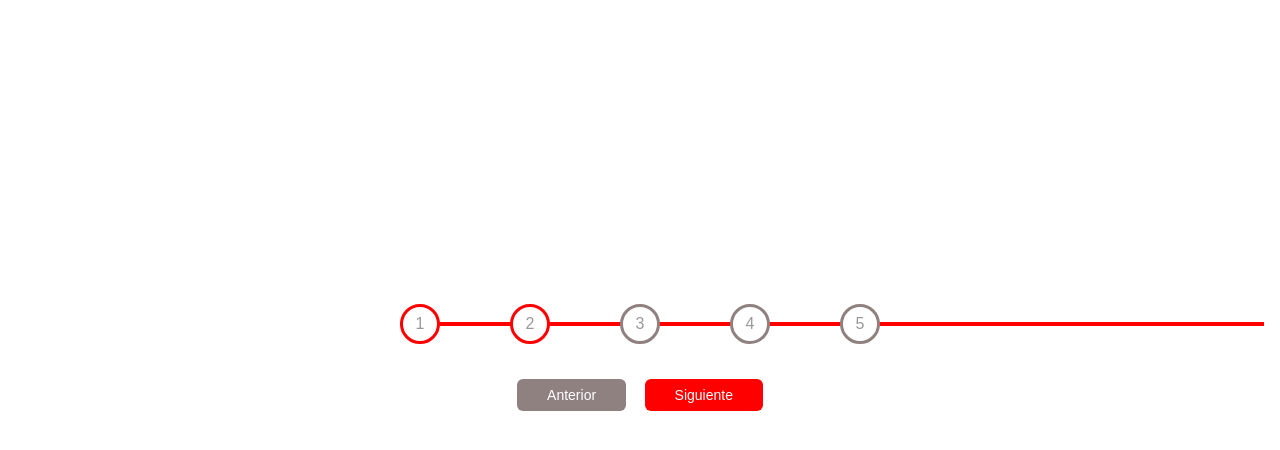
Repository: ElideZavala/Linea-de-tiempo
Page: index.html
These files come from the project's save history. The page is drawn as it stood at one moment and after the next save; the edit follows.
The browser window is 1280 px wide. The pictures show the whole page.
After loading, the first visible `#next` was clicked once.
Some web fonts or font styles are not loaded; a fallback is used.

Above is the page before, as saved 2021-05-28 09:06:16.

After the next save:
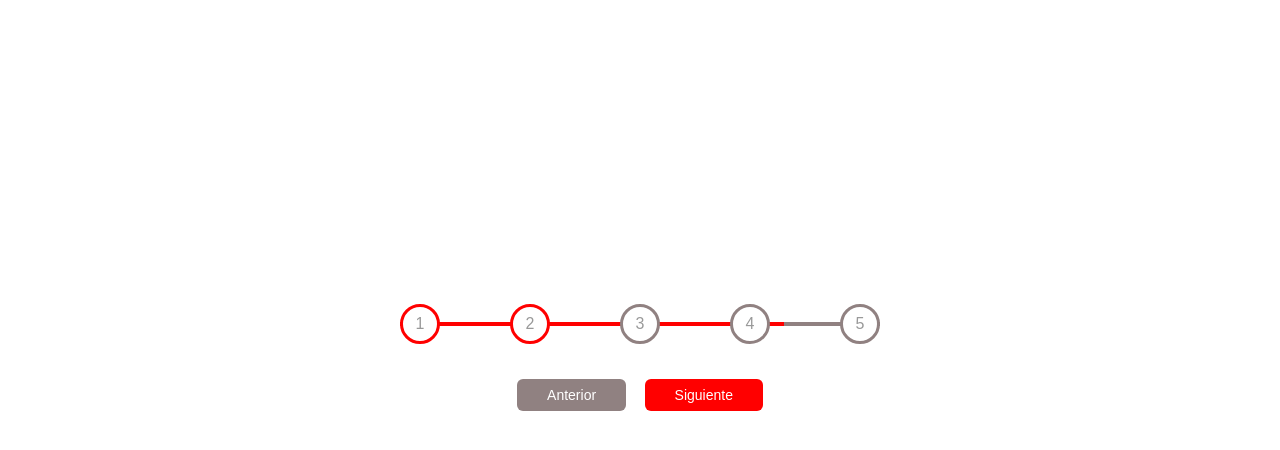
Saved 19 s later.
--- a/script.js
+++ b/script.js
@@ -36,5 +36,5 @@ function update() {
 
 	const actives = document.querySelectorAll('.active');
 
-	progress.style.width = (actives.length - 1 / circles.length) * 100 + '%';
+	progress.style.width = (actives.length - 1 / circles.length - 1) * 100 + '%';
 }
